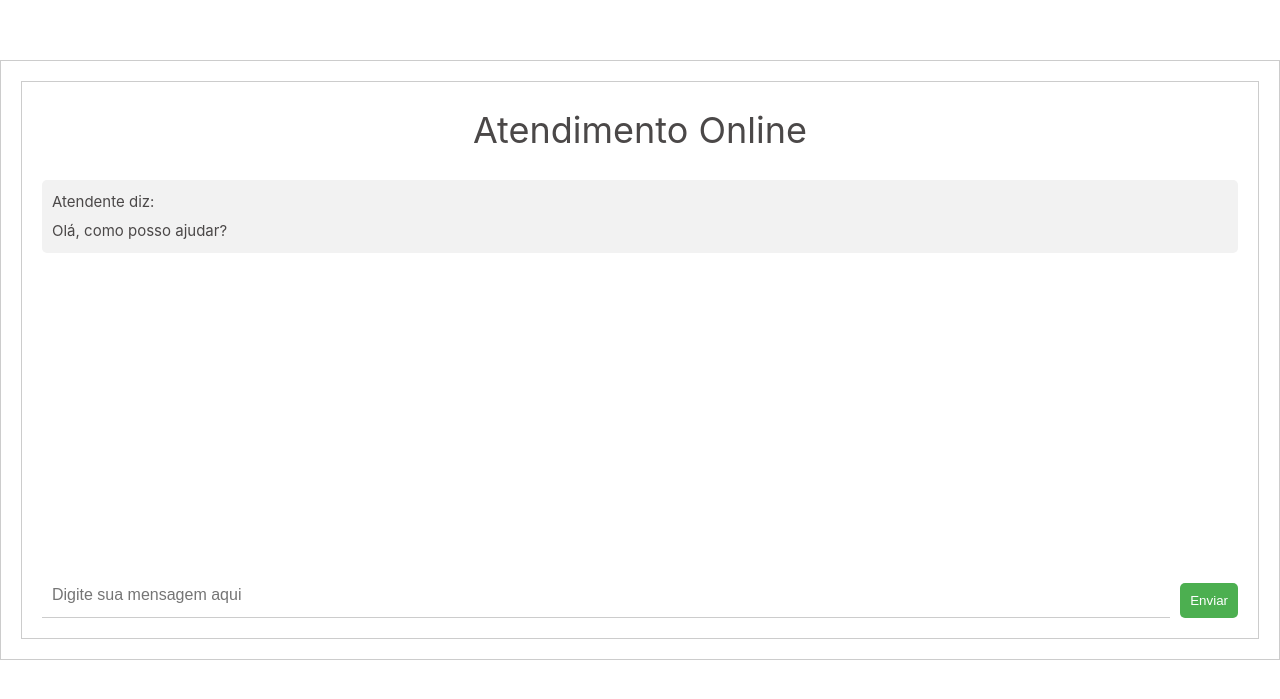
Repository: GabrielGuinzani/vueChat
Page: /
These files come from the project's save history. The page is drawn as it stood at one moment and after a run of saves; the edit follows.
The browser window is 1280 px wide. The pictures show the whole page.
Some web libraries are served in a nearby version. The project was rebuilt for these pictures with package versions that can differ from the ones it lists, and the page was loaded fresh each time. Also part of the build but not shown: vite.config.js.

Above is the page before, as saved 2023-04-19 11:57:53.

After the next 2 saves:
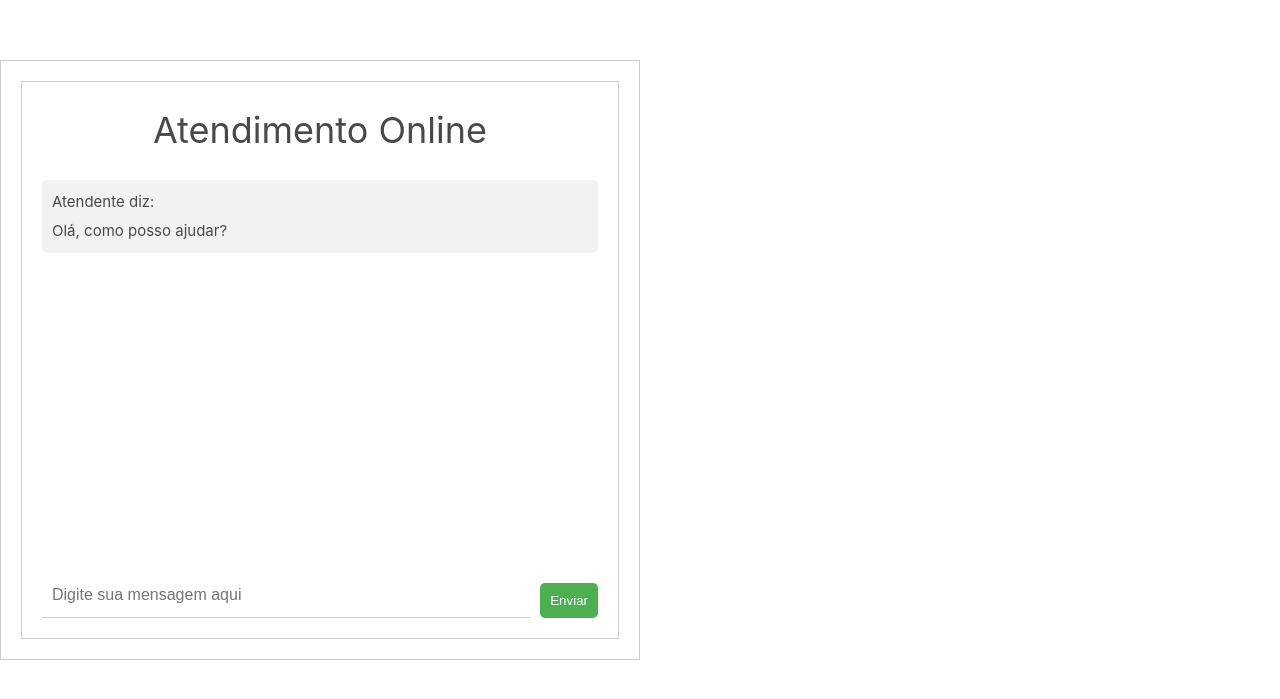
The 2 saves are shown as one change because they came seconds apart.
The last was saved 24 s later.
--- a/src/App.vue
+++ b/src/App.vue
@@ -57,8 +57,8 @@ body {
   display: flex;
   justify-content: center;
   align-items: center;
-  height: 50%;
-  width: 100%;
+  height: 75%;
+  width: 50%;
 }
 
 #chat-screen {
